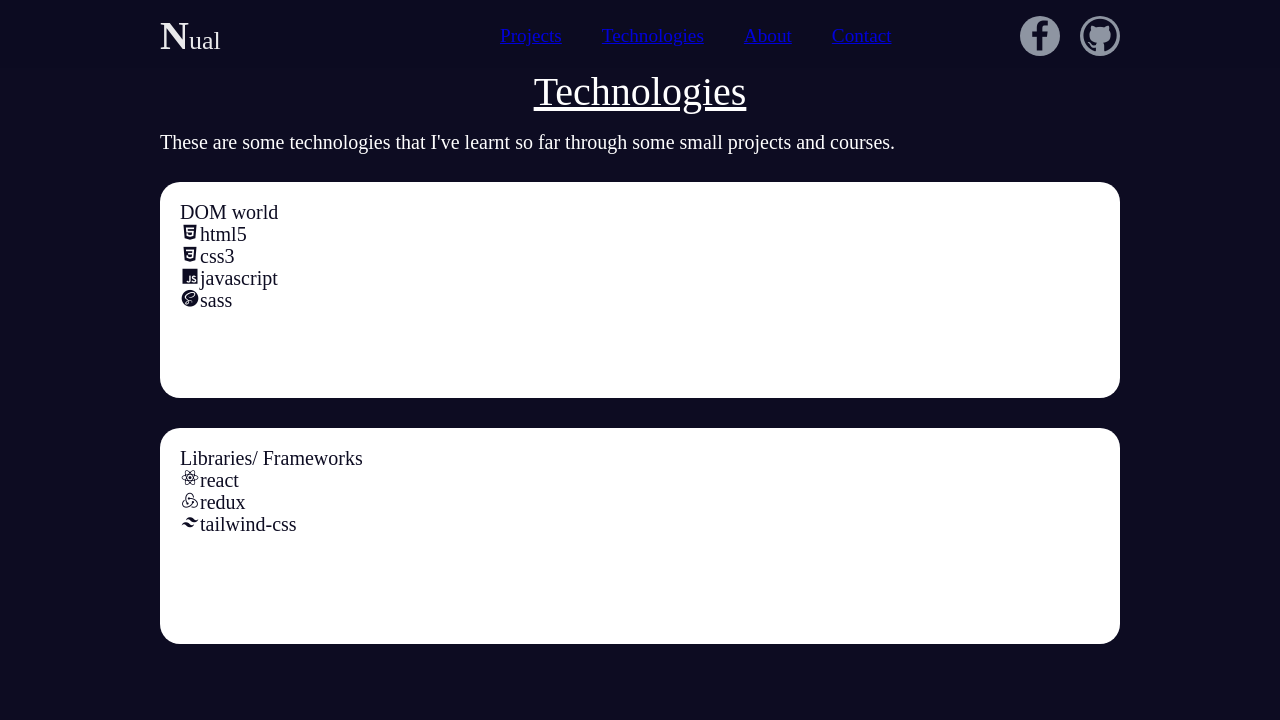
Repository: luanhoang0902/profile-react
Page: /Technologies
An editor plug-in stored every save of this project. The page is shown before and after the next save, followed by the edit.
The browser window is 1280 px wide. The pictures show the whole page.
The project was rebuilt for these pictures with package versions that can differ from the ones it lists, and the page was loaded fresh each time. Also part of the build but not shown: src/css/Projects.css, src/features/Projects.jsx, src/css/About.css, src/features/About.jsx, src/css/Contact.css, src/features/Contact.jsx.

Above is the page before, as saved 2022-05-22 12:19:14.

After the next save:
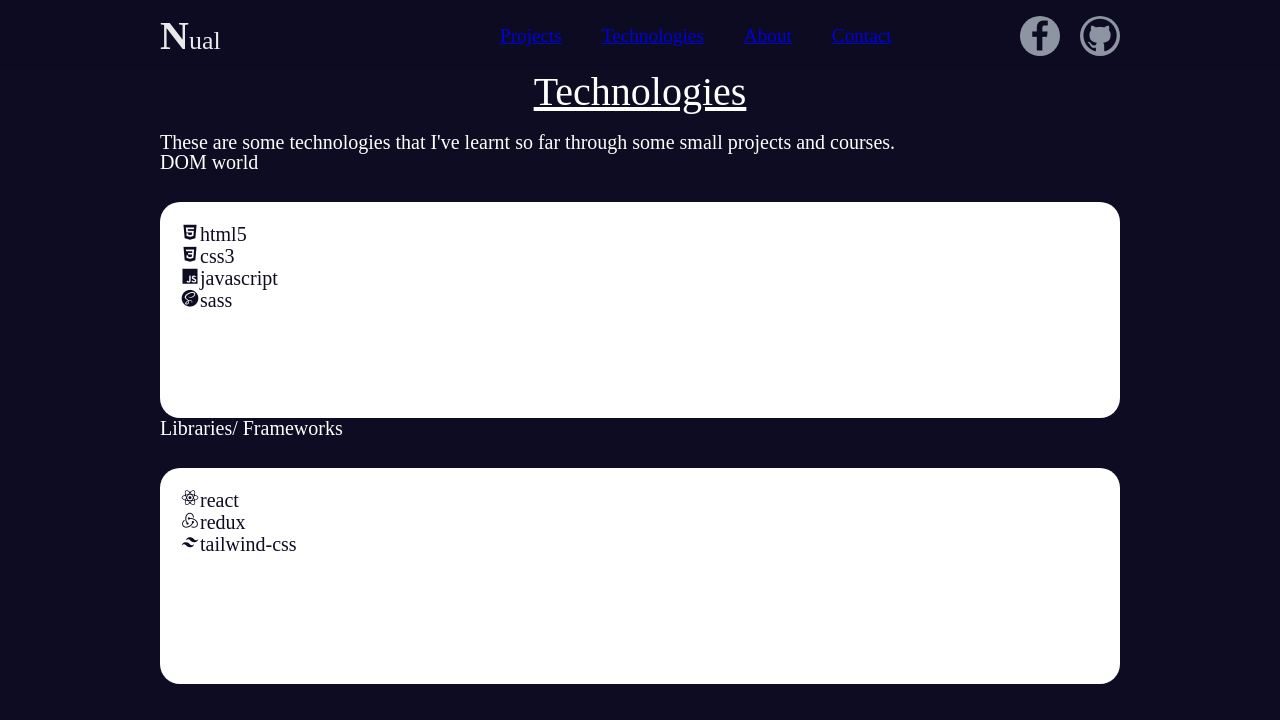
Saved 117 s later.
--- a/src/css/Technologies.css
+++ b/src/css/Technologies.css
@@ -19,8 +19,8 @@
 
     text-align: left;
 }
-.technologies__content-1,
-.technologies__content-2 {
+.technologies__content-item1,
+.technologies__content-item2 {
     height: 30vh;
     width: 75vw;
 
